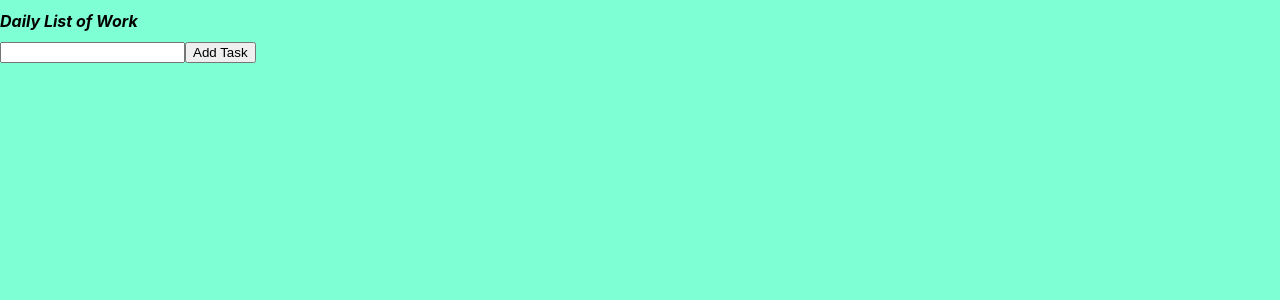
Repository: iamjayenmthakuri/todolist
Page: /
These files come from the project's save history. The page is drawn as it stood at one moment and after the next save; the edit follows.
The browser window is 1280 px wide. The pictures show the whole page.
The project was rebuilt for these pictures with package versions that can differ from the ones it lists, and the page was loaded fresh each time.

Above is the page before, as saved 2022-09-19 10:10:26.

### src/App.js
import React from 'react';
import { useState } from 'react';
import "./App.css";

function App() {
  const [todoList, setTodoList] = useState([]);
  const [newTask, setNewTask] = useState("");

  const handleOnChange = (event) => {
    setNewTask(event.target.value)
  };

  const addTask = () => {
    const task = {
      id: todoList.length === 0 ? 1 : todoList[todoList.length - 1].id + 1,
      taskName: newTask,
    }
    setTodoList([...todoList, task]);
  };

  const deleteTask = (id) => {
    setTodoList(todoList.filter((task) => task.id !== id));
  };
  return (
    <div>
      <div><h1 className='title'>Daily List of Work</h1></div>

      <input onChange={handleOnChange} />
      <button onClick={addTask}>Add Task</button>
      {todoList.map((task) => {
        return (
          <div>
            <h1>{task.taskName}</h1>
            <button onClick={() => deleteTask(task.id)}>X</button>
          </div>
        );
      })}
    </div>
  );
}

export default App;

### src/App.css
body{
  background-color: aquamarine;
}
.title{
  font-size: medium;
  font-weight: bold;
  font-style: italic;
  background-position: center;
  transform (translate: 50%) ;

}

Loaded but not shown: public/index.html (common file); src/index.js (common file); src/index.css (common file); src/reportWebVitals.js (common file)

After the next save:
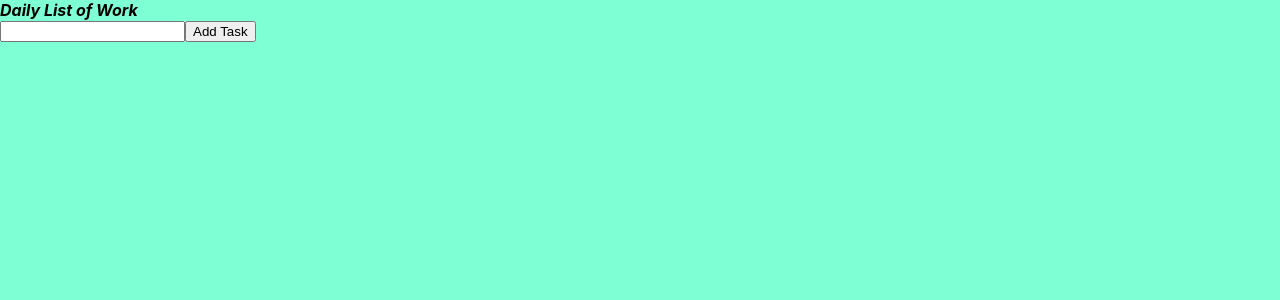
Saved 39 s later.
--- a/src/App.css
+++ b/src/App.css
@@ -6,6 +6,6 @@ body{
   font-weight: bold;
   font-style: italic;
   background-position: center;
-  transform (translate: 50%) ;
+  margin: auto;
 
 }
